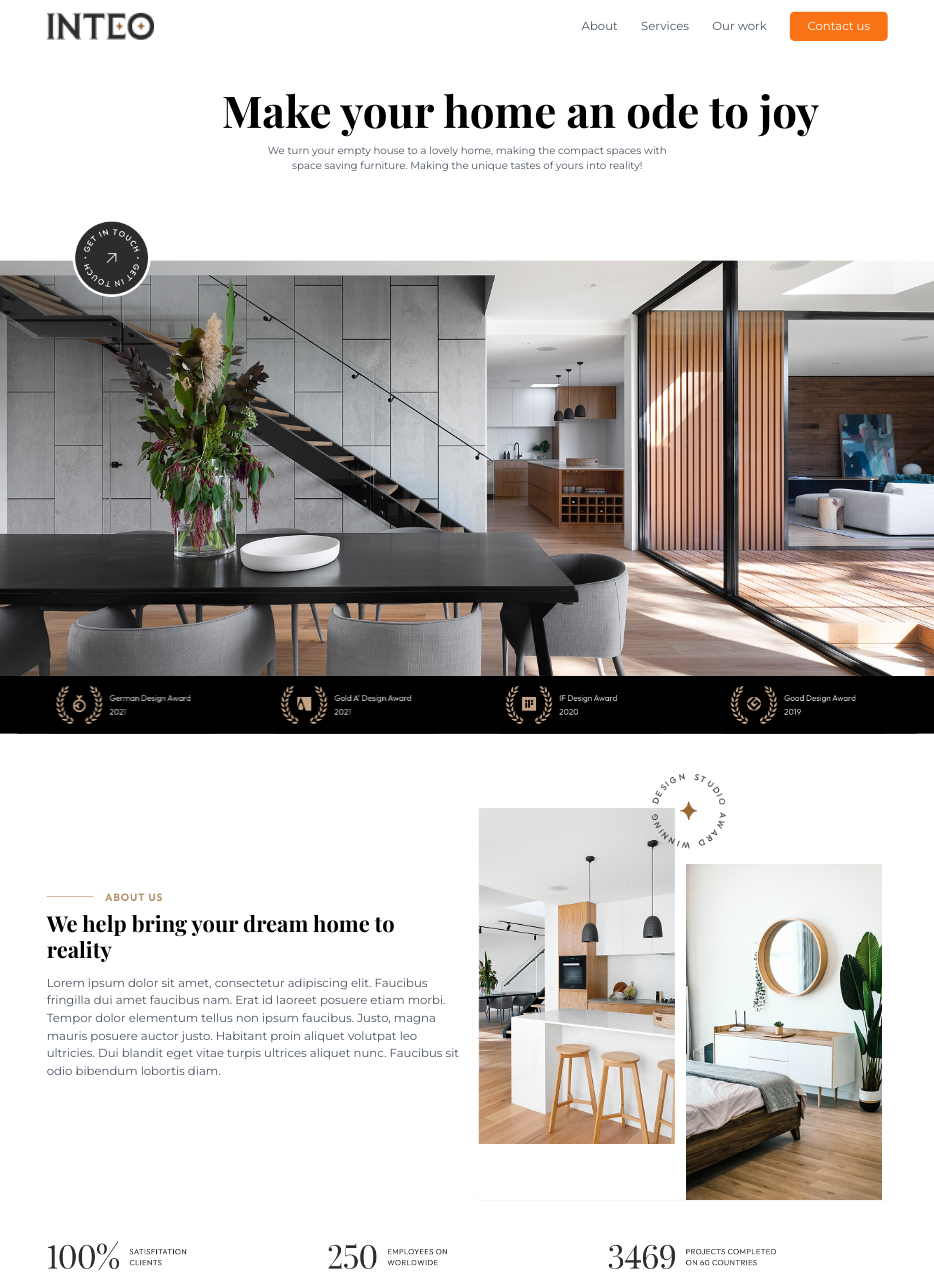
Repository: CatherinneJ/responsive-tailwind-website
Page: tailwind.html
The author's editor kept a copy of each file at every save. The page is drawn from the files as they stood at one save, then again after the next save.
The browser window is 1280 px wide. The pictures show the whole page, at 73% of full size.
Some web libraries are served in a nearby version.

Above is the page before, as saved 2025-05-21 20:32:25.

After the next save:
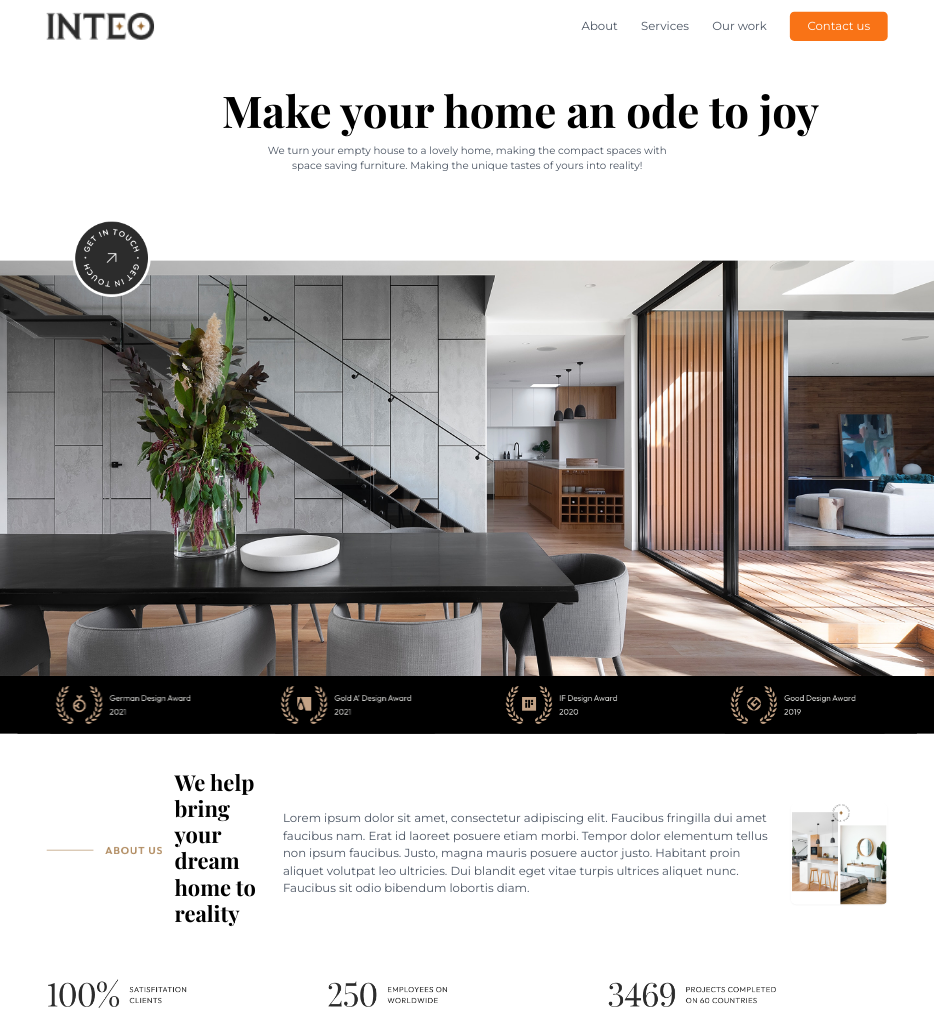
Saved 72 s later.
--- a/tailwind.html
+++ b/tailwind.html
@@ -68,9 +68,9 @@
                 alt="award4">
 
         </div>
-    </section class= "animate__backInLeft" style="animation-duration: 2s;">
+    </section>
 
-    <section class="flex flex-col md:flex-row items-center gap-3 sm:gap-4 px-4 sm:px-6 lg:px-16 py-6 sm:py-8 md:py-12">
+    <section class="flex flex-col md:flex-row items-center gap-3 sm:gap-4 px-4 sm:px-6 lg:px-16 py-6 sm:py-8 md:py-12 animate__backInLeft" style="animation-duration: 2s;>
         <div class="md:w-1/2 order-2 md:order-1 mt-4 md:mt-0">
 
             <img src="./Assets/Eyebrow.png" class="mb-2 h-6 sm:h-4 md:h-5" alt="About us">

After the save that followed:
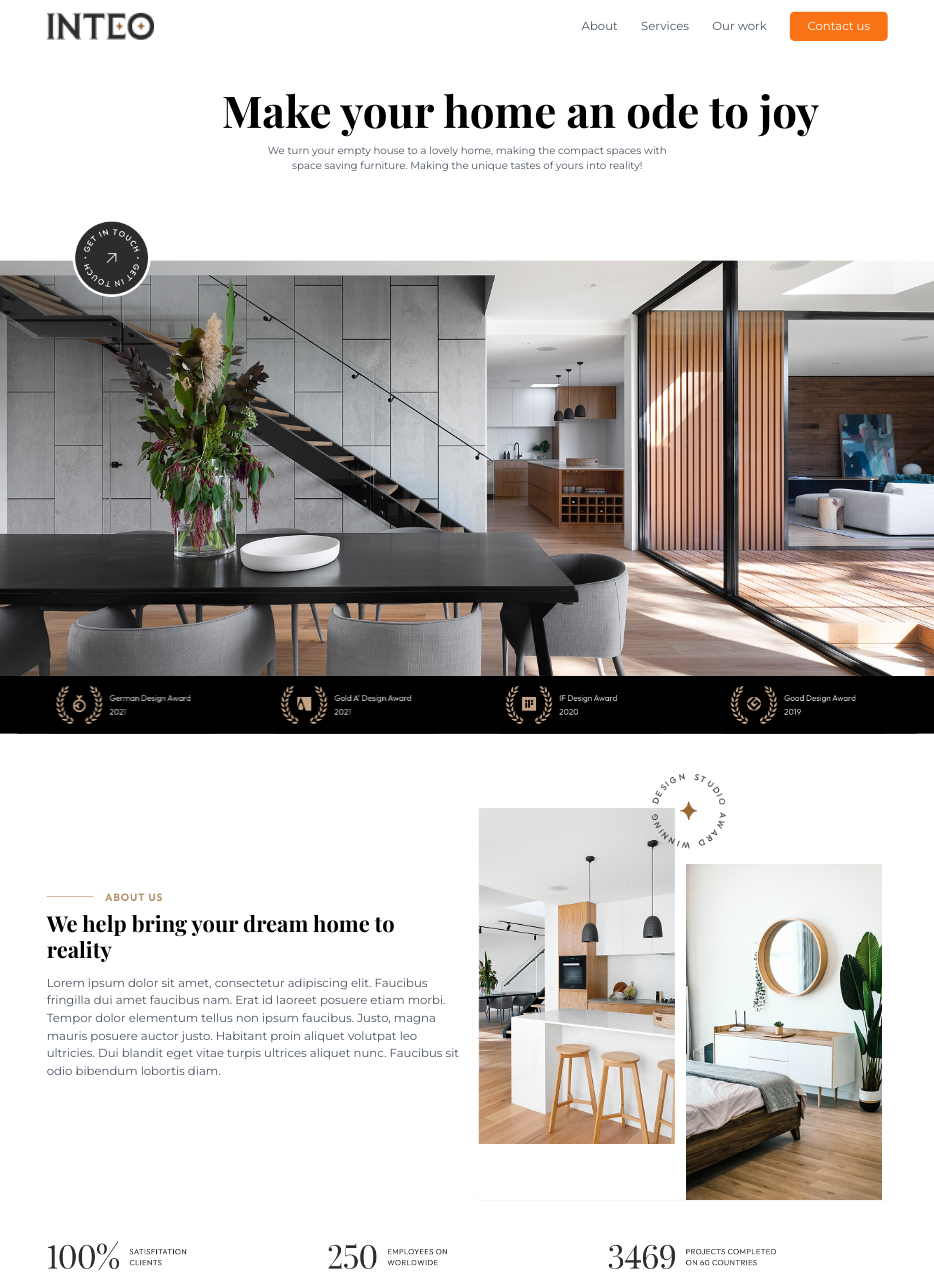
Saved 25 s later.
--- a/tailwind.html
+++ b/tailwind.html
@@ -70,7 +70,7 @@
         </div>
     </section>
 
-    <section class="flex flex-col md:flex-row items-center gap-3 sm:gap-4 px-4 sm:px-6 lg:px-16 py-6 sm:py-8 md:py-12 animate__backInLeft" style="animation-duration: 2s;>
+    <section class="flex flex-col md:flex-row items-center gap-3 sm:gap-4 px-4 sm:px-6 lg:px-16 py-6 sm:py-8 md:py-12 animate__backInLeft" style="animation-duration: 2s;">
         <div class="md:w-1/2 order-2 md:order-1 mt-4 md:mt-0">
 
             <img src="./Assets/Eyebrow.png" class="mb-2 h-6 sm:h-4 md:h-5" alt="About us">
